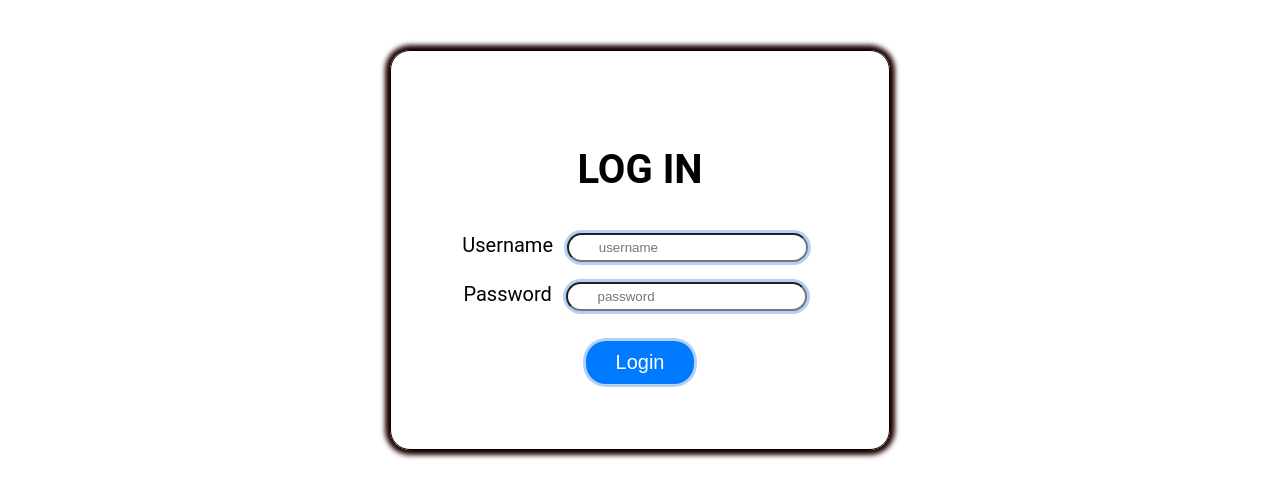
Repository: huyna1707/learning-git
Page: index.html
These files come from the project's save history. The page is drawn as it stood at one moment and after the next save; the edit follows.
The browser window is 1280 px wide. The pictures show the whole page.

Above is the page before, as saved 2024-08-09 23:32:21.

After the next save:
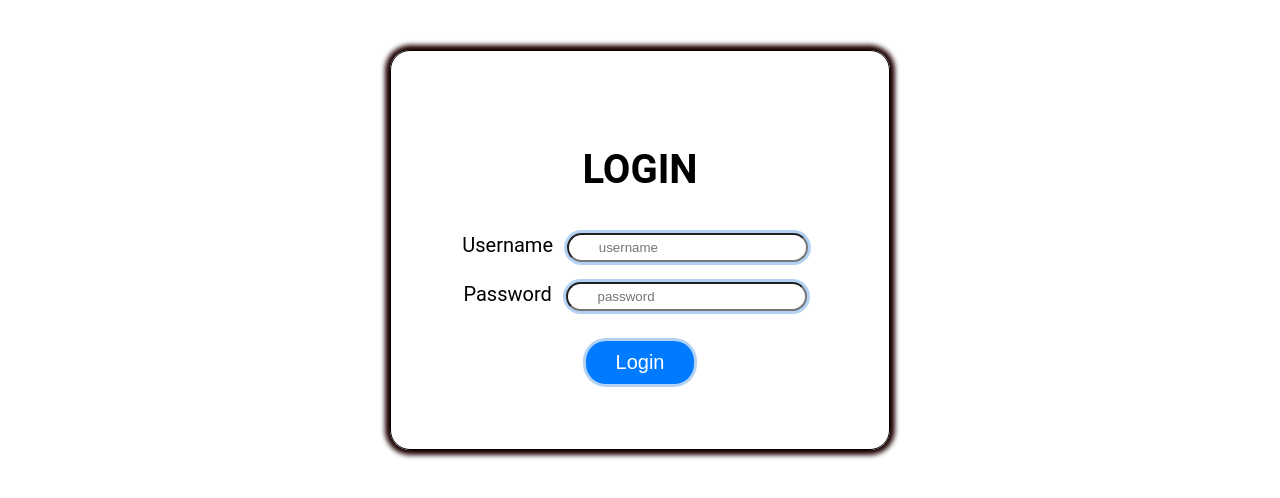
Saved 23 s later.
--- a/index.html
+++ b/index.html
@@ -7,7 +7,7 @@
 </head>
 <body>
     <form action="menu">
-        <h4>LOG IN</h4>
+        <h4>LOGIN</h4>
         <div class="user">
             <label for="username">Username</label>
             <input type="text" placeholder="username" id="username">
